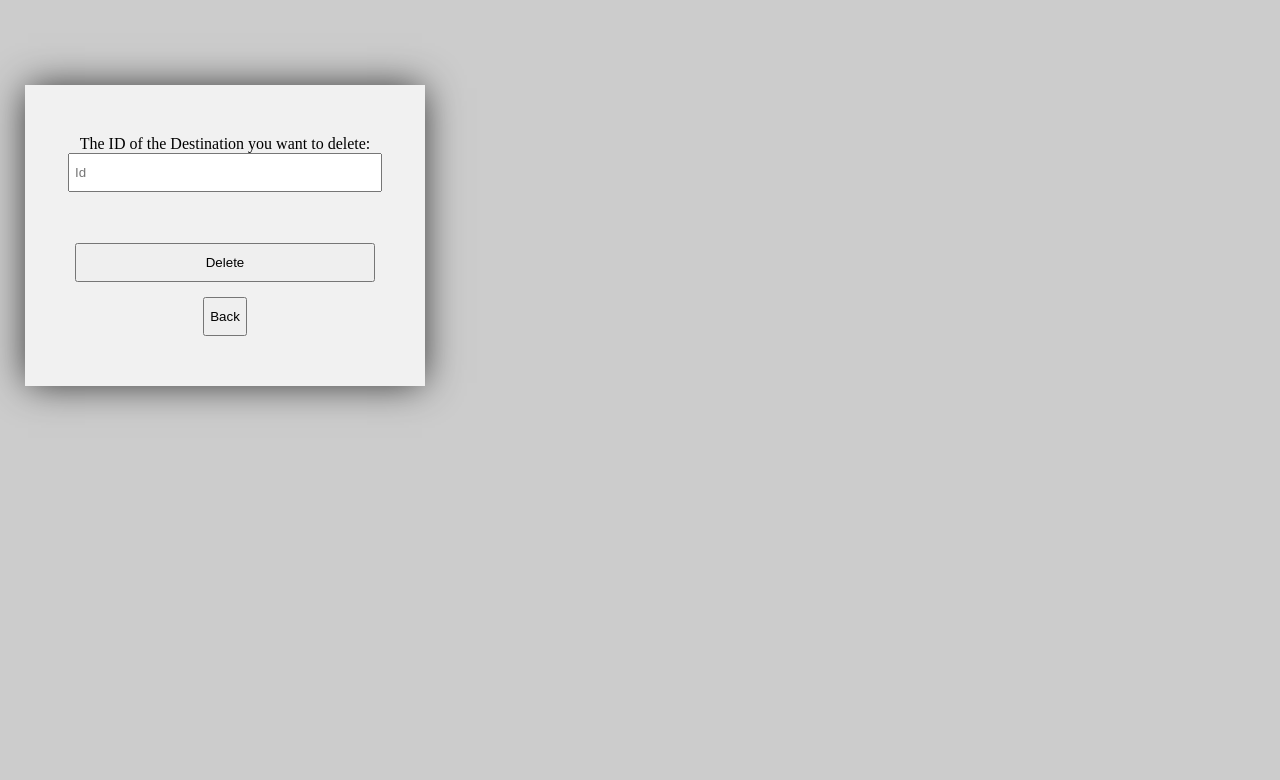
Repository: Marko2353/Travel-Destinations
Page: public/delete.html
The author's editor kept a copy of each file at every save. The page is drawn from the files as they stood at one save, then again after the next save.
The browser window is 1280 px wide. The pictures show the whole page.

Above is the page before, as saved 2022-10-14 11:18:30.

After the next save:
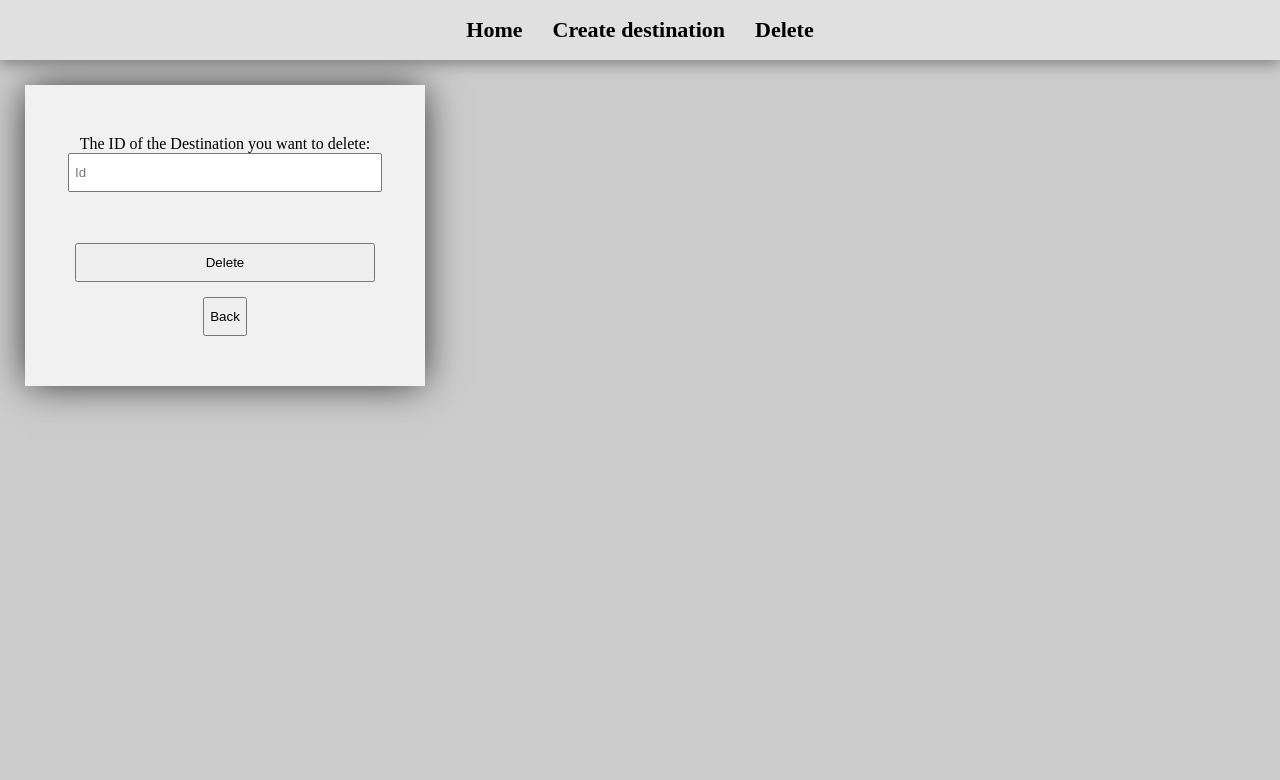
Saved 52 s later.
--- a/public/delete.html
+++ b/public/delete.html
@@ -8,6 +8,11 @@
     <title>Delete destination</title>
 </head>
 <body>
+  <header>
+    <a href="index.html">Home</a>
+    <a href="create.html">Create destination</a>
+    <a href="delete.html">Delete</a>
+  </header>
 
     <div class="containers">
         <div class="form-container">
